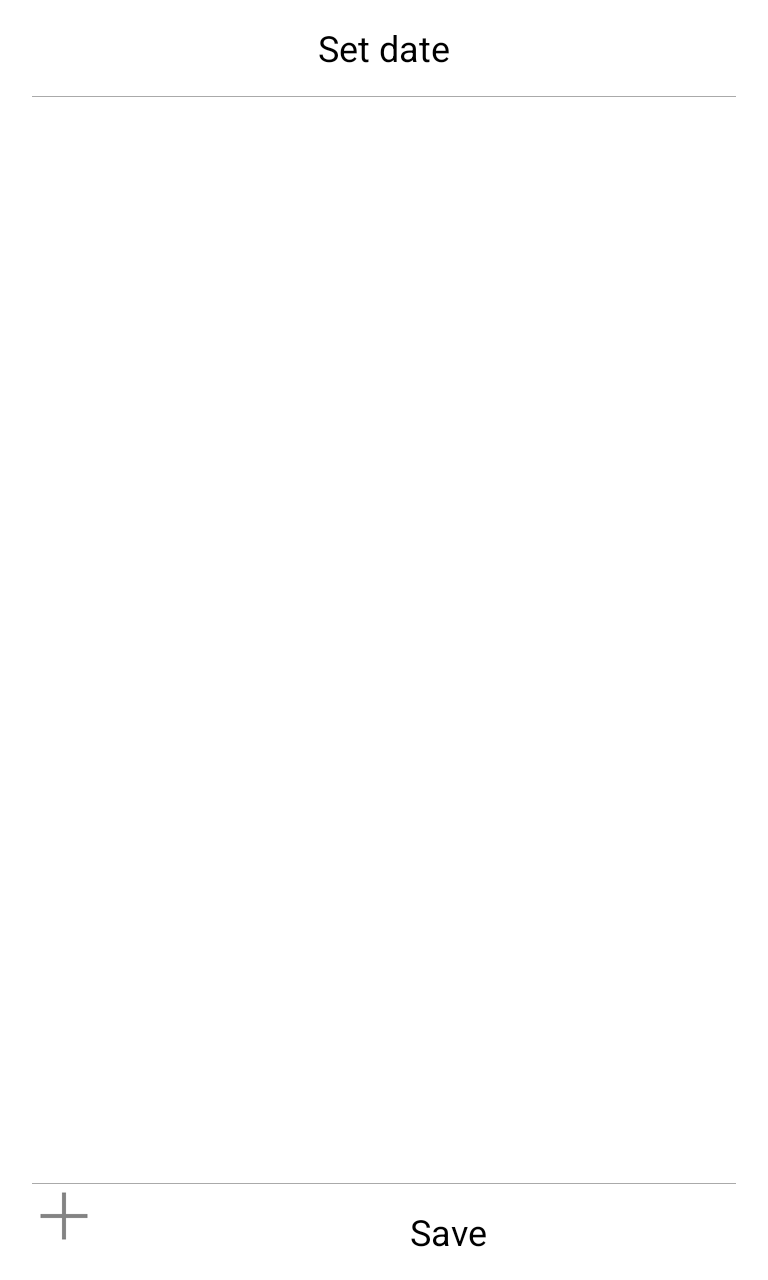
Repository: larserikstrand/IMT4904-Master
Layout: MTP/res/layout/activity_list.xml
These files come from the project's save history. The layout is drawn as it stood at one moment and after the next save; the edit follows.
It is drawn on a 768 x 1280 px phone screen (xhdpi) without system bars, with theme android:Theme.Holo.Light; the app's code is not run. Lists and similar views that code fills are empty.

Above is the layout before, as saved 2014-02-13 14:48:26.

After the next save:
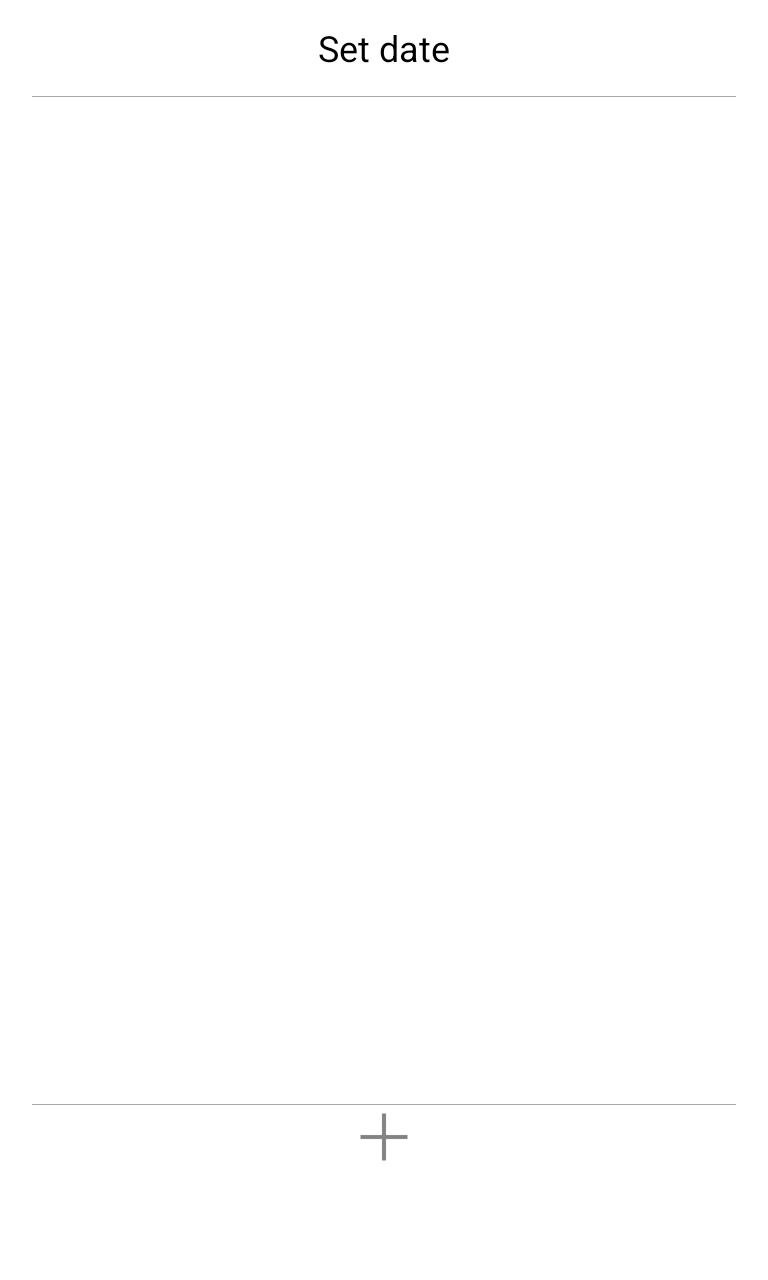
Saved 29 s later.
--- a/MTP/res/layout/activity_list.xml
+++ b/MTP/res/layout/activity_list.xml
@@ -41,7 +41,7 @@
         	android:contentDescription="@string/new_task" />
 
         <Button android:id="@+id/save_button"
-        android:layout_width="match_parent"
+        android:layout_width="0dp"
         android:layout_height="wrap_content"
         android:background="?android:attr/selectableItemBackground"
         android:text="@string/save" />
